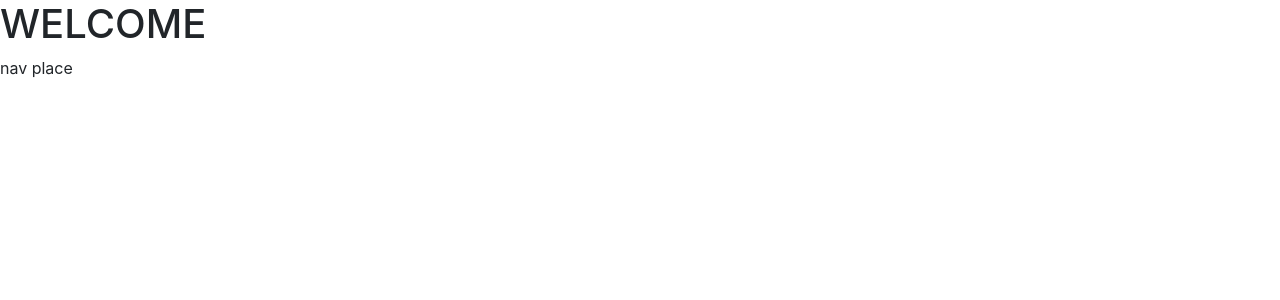
Repository: idrice24/IDRICE24-DASHBOARD
Page: html/header.html
An editor plug-in stored every save of this project. The page is shown before and after the next save, followed by the edit.
The browser window is 1280 px wide. The pictures show the whole page.

Above is the page before, as saved 2020-09-03 22:45:19.

### html/header.html
<!DOCTYPE html>
<html lang="en">

<head>
    <meta charset="UTF-8">
    <meta name="viewport" content="width=device-width, initial-scale=1.0">
    <meta http-equiv="X-UA-Compatible" content="ie=edge">
    <title>Document</title>
    <link rel="stylesheet" href="../vendor/bootstrap-4.1/bootstrap.min.css">
    <link rel="stylesheet" href="../vendor/font-awesome-4.7/css/font-awesome.min.css">
</head>

<body>
    <h1>WELCOME</h1>
    <section>
        <nav>nav place</nav>
    </section>

</body>

</html>

Loaded but not shown: vendor/bootstrap-4.1/bootstrap.min.css (library); vendor/font-awesome-4.7/css/font-awesome.min.css (library)

After the next save:
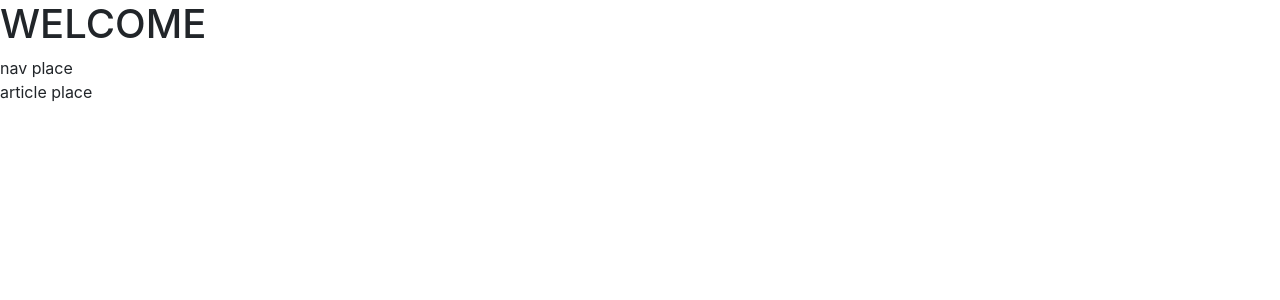
Saved 19 s later.
--- a/html/header.html
+++ b/html/header.html
@@ -14,6 +14,7 @@
     <h1>WELCOME</h1>
     <section>
         <nav>nav place</nav>
+        <article>article place</article>
     </section>
 
 </body>
